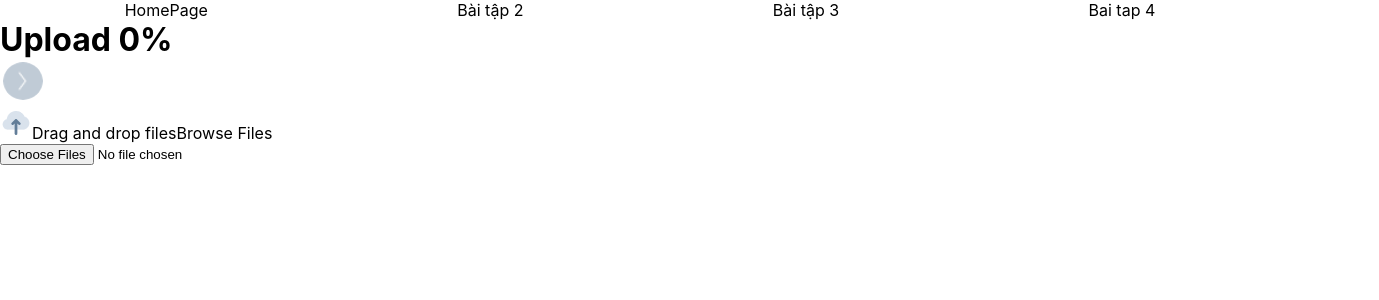
Repository: tungdau93/Training-ReactJS
Page: /bai-tap-3
These files come from the project's save history. The page is drawn as it stood at one moment and after the next save; the edit follows.
The browser window is 1280 px wide. The page is 1379 px wide, so the pictures cover 1379 px, including what lies to the right of the window. The pictures show the whole page.
The project was rebuilt for these pictures with package versions that can differ from the ones it lists, and the page was loaded fresh each time. Also part of the build but not shown: src/App.css, src/hooks/useClickOutside.js, src/Assignments/BaiTap2.jsx, src/Components/IconFile.jsx, src/Components/FileUpload.jsx, src/Assignments/HomePage.jsx.

Above is the page before, as saved 2022-10-03 10:31:29.

After the next save:
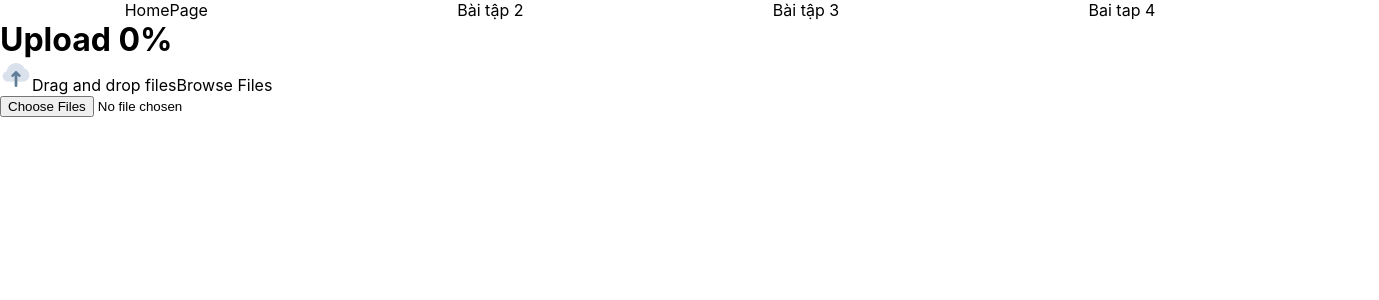
Saved 16 s later.
--- a/src/Assignments/BaiTap3.jsx
+++ b/src/Assignments/BaiTap3.jsx
@@ -99,12 +99,12 @@ const BaiTap3 = () => {
   return (
     <>
       <h1>Upload {progress}%</h1>
-      <img
+      {/* <img
         onClick={handleSlide}
         src={require("../assets/images/submit-icon.png")}
         alt=""
         className="slide-icon"
-      />
+      /> */}
 
       <div className="drag-drop-files">
         <div className="drag-drop">
